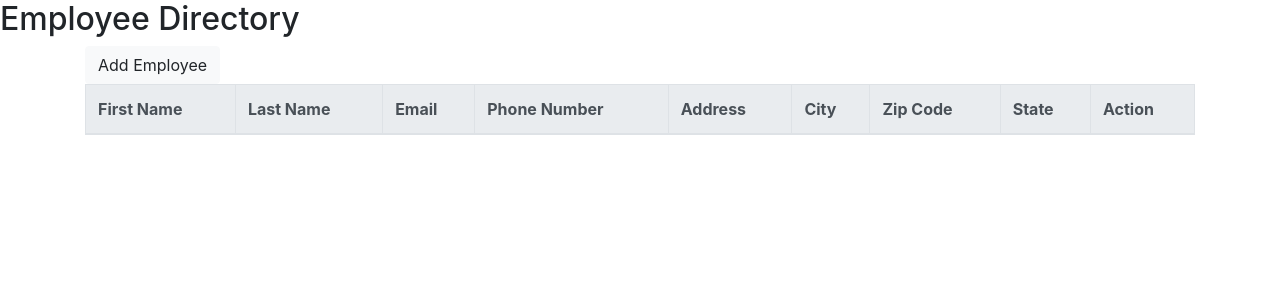
Repository: TChristian315/directory_app
Page: http://localhost/directoryapp/directory.jsp
An editor plug-in stored every save of this project. The page is shown before and after the next save, followed by the edit.
The browser window is 1280 px wide. The pictures show the whole page.
Some web libraries are served in a nearby version. The page is served by Tomcat 9. The template is opened directly, without the code that normally fills it, so the values that code supplies are empty.

Above is the page before, as saved 2018-05-23 18:14:47.

After the next save:
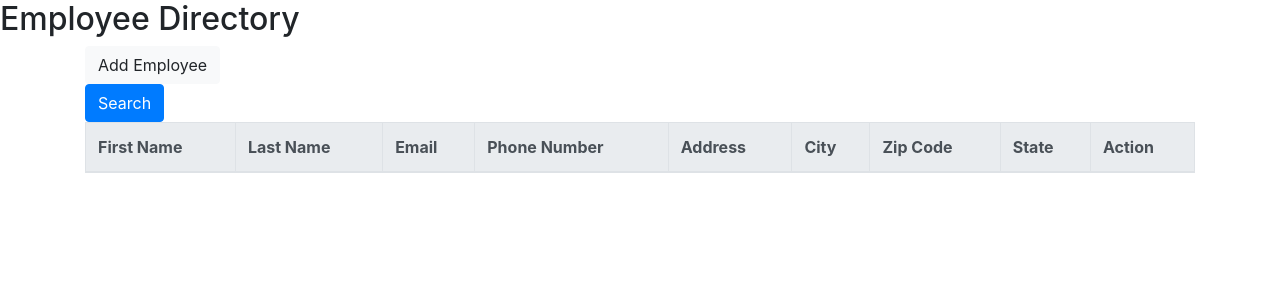
Saved 5 min 53 s later.
--- a/Workspaces/directoryapp/WebContent/directory.jsp
+++ b/Workspaces/directoryapp/WebContent/directory.jsp
@@ -24,6 +24,11 @@
 				<input type="button" value="Add Employee"
 					onclick="window.location.href= 'add-employee-form.jsp'; return false;"
 					class="btn btn-light" style="" />
+				<form action="EmployeeControllerServlet" method="GET">
+					<input type="hidden" nme="command" value="SEARCH />"
+					Search Employee: <input type="text" name="theSearchName" />
+					<input type="submit" value="Search" class="btn btn-primary" />
+				</form>
 
 				<table class ="table table-bordered table-hover">
 					<thead class="thead-light">
